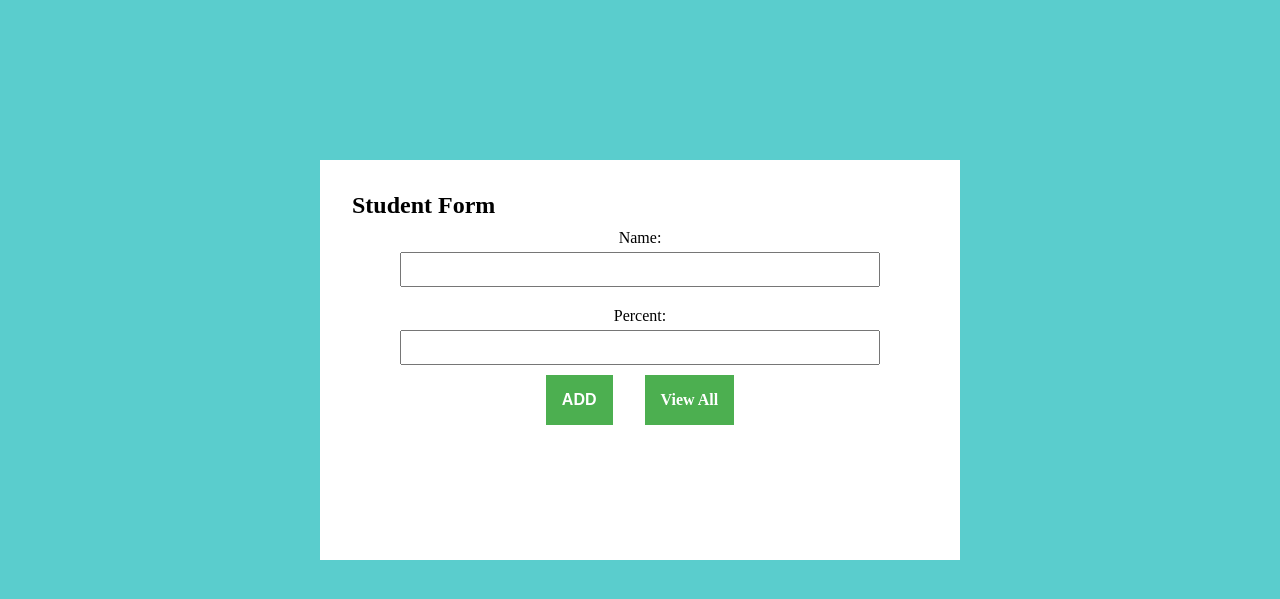
Repository: deeptimahisare1206/Todo_List
Page: http://localhost/Hib_Nest/
The author's editor kept a copy of each file at every save. The page is drawn from the files as they stood at one save, then again after the next save.
The browser window is 1280 px wide. The pictures show the whole page.
The page is served by Tomcat 10. Other server files are loaded and not shown.

Above is the page before, as saved 2024-11-17 16:16:46.

### Hib_Nest/src/main/webapp/index.jsp
<%@ page language="java" contentType="text/html; charset=UTF-8"
	pageEncoding="UTF-8"%>
<html>
<head>
<style>
*{
margin:0;
padding:0;
box-sizing: border-box;

}
body {
display:grid;
place-items:center;
	background-color: #5acdcd;
	gap: 2rem;
	height: 100vh;
}

.container{
padding:2rem;
	background-color: white;
	height: 25rem;
	width:50vw;
}

form {
    width: 30rem;
    margin: 0 auto;
	text-align: center;
}

label {
    display: block;
    margin: 10px 0 5px;
}

input[type="text"],
input[type="number"] {
    width: 100%;
    padding: 8px;
    margin-bottom: 10px;
}

input[type="submit"] ,a{
    background-color: #4CAF50;
    color: white;
    font-size:1rem;
    font-weight:bolder;
    padding: 1rem;
    border: none;
    cursor: pointer;
    text-decoration: none;
}

input[type="submit"]:hover {
    background-color: #45a049;
}
.btns{
width: 100%;
display: flex;
gap:2rem;
justify-content:center;
}
</style>
</head>
<body>
<div class="container">
	<h2>Student Form</h2>

	<form action="Register" method="get">
		<label>Name:</label><input type="text" name="name"> <label>Percent:
		</label><input type="number" name="percent">
		<div class="btns"> <input type="submit"
			value="ADD">
			<a href="Display.jsp">View All</a></div>
	</form>
	</div>
</body>
</html>

After the next save:
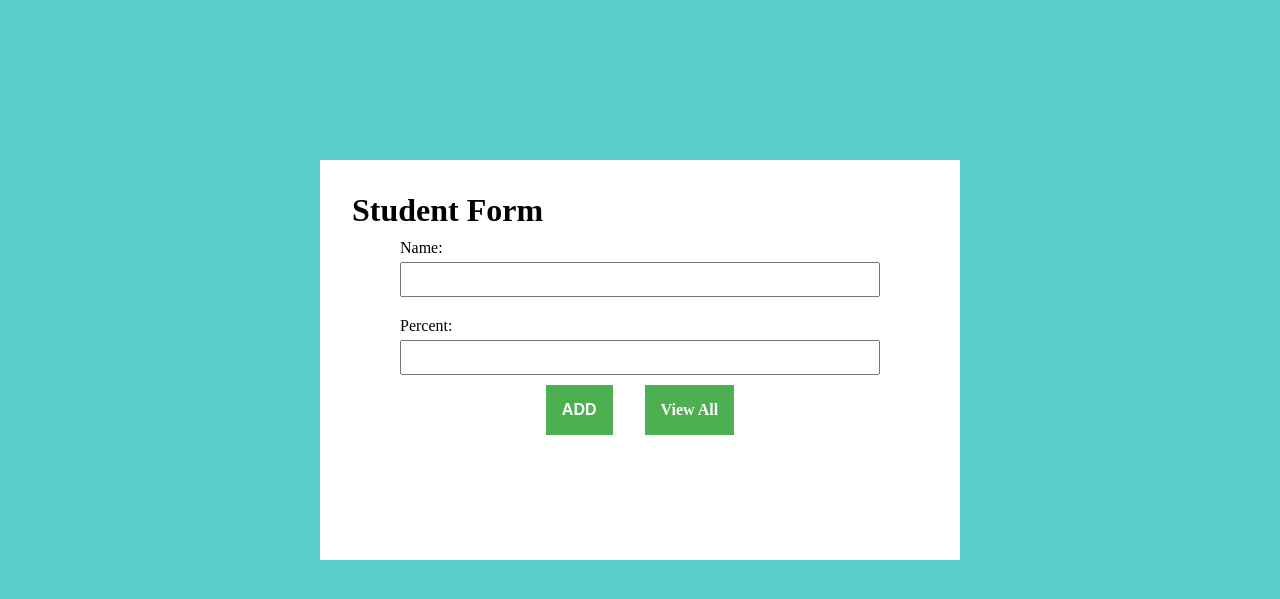
Saved 78 s later.
--- a/Hib_Nest/src/main/webapp/index.jsp
+++ b/Hib_Nest/src/main/webapp/index.jsp
@@ -27,7 +27,6 @@ padding:2rem;
 form {
     width: 30rem;
     margin: 0 auto;
-	text-align: center;
 }
 
 label {
@@ -66,7 +65,7 @@ justify-content:center;
 </head>
 <body>
 <div class="container">
-	<h2>Student Form</h2>
+	<h1>Student Form</h1>
 
 	<form action="Register" method="get">
 		<label>Name:</label><input type="text" name="name"> <label>Percent:
